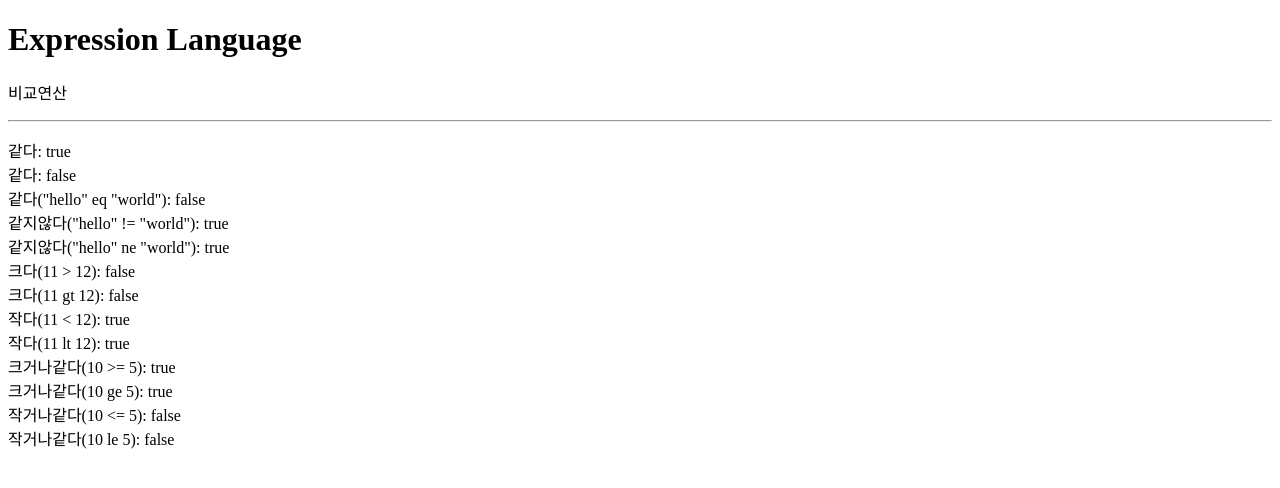
Repository: jsb5589/JAVAStudy
Page: http://localhost/JSP04/elTest5.jsp
These files come from the project's save history. The page is drawn as it stood at one moment and after the next save; the edit follows.
The browser window is 1280 px wide. The pictures show the whole page.
The page is served by Tomcat 9.

Above is the page before, as saved 2021-08-12 06:32:12.

After the next save:
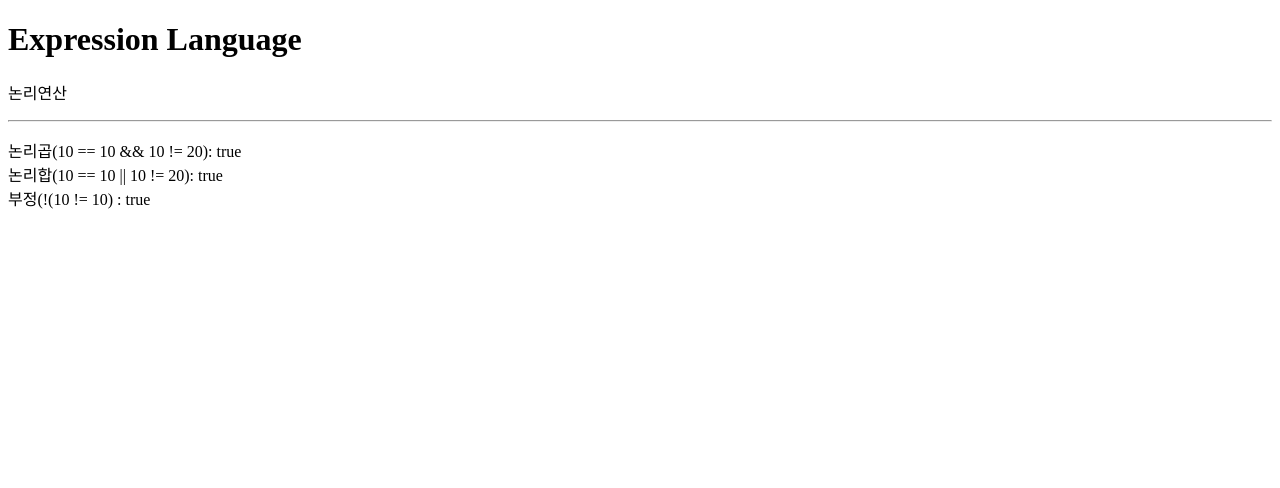
Saved 2 min 3 s later.
--- a/EZWebs/JSP04/src/main/webapp/elTest5.jsp
+++ b/EZWebs/JSP04/src/main/webapp/elTest5.jsp
@@ -8,22 +8,12 @@
 </head>
 <body>
 	<h1>Expression Language</h1>
-	<p>비교연산</p>
+	<p>논리연산</p>
 	<hr>
 	<p>
-		같다: ${10 == 10} <br>
-		같다: ${10 eq 20} <br>
-		같다("hello" eq "world"): ${"hello" eq "world"} <br>
-		같지않다("hello" != "world"): ${"hello" != "world"} <br>
-		같지않다("hello" ne "world"): ${"hello" ne "world"} <br>
-		크다(11 > 12): ${11 > 12} <br>
-		크다(11 gt 12): ${11 gt 12} <br>
-		작다(11 < 12): ${11 < 12} <br>
-		작다(11 lt 12): ${11 lt 12} <br>
-		크거나같다(10 >= 5): ${10 >= 5} <br>
-		크거나같다(10 ge 5): ${10 ge 5} <br>
-		작거나같다(10 <= 5): ${10 <= 5} <br>
-		작거나같다(10 le 5): ${10 le 5} <br>
+		논리곱(10 == 10 && 10 != 20): ${10 == 10 && 10 != 20} <br>
+		논리합(10 == 10 || 10 != 20): ${10 == 10 || 10 != 20} <br>
+		부정(!(10 != 10) : ${!(10 != 10)}
 	</p>
 </body>
 </html>
